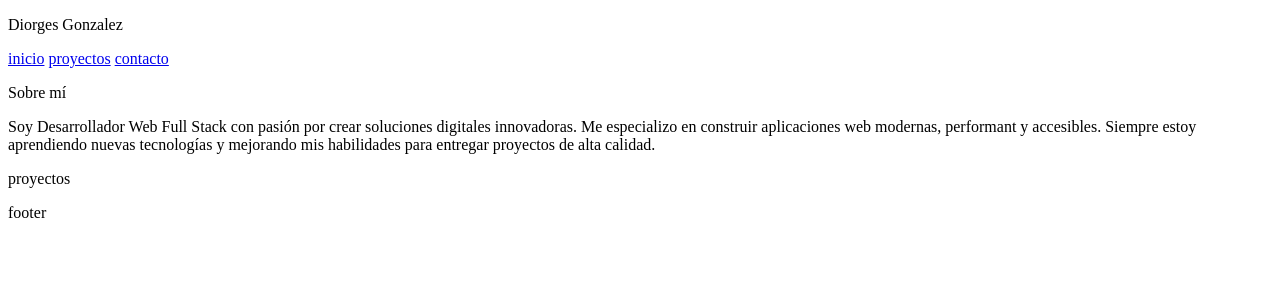
Repository: DenLion09/DenLion09.dots
Page: javascipt_withow_filter/basic/ejercisios/portfolio2/index.html
An editor plug-in stored every save of this project. The page is shown before and after the next save, followed by the edit.
The browser window is 1280 px wide. The pictures show the whole page.

Above is the page before, as saved 2026-05-17 22:51:50.

After the next save:
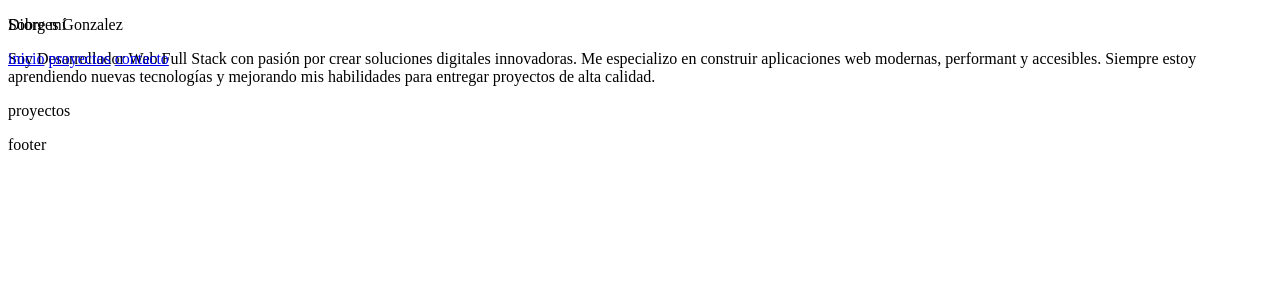
Saved 21 s later.
--- a/javascipt_withow_filter/basic/ejercisios/portfolio2/index.html
+++ b/javascipt_withow_filter/basic/ejercisios/portfolio2/index.html
@@ -3,12 +3,13 @@
   <head>
     <meta charset="UTF-8" />
     <meta name="viewport" content="width=device-width, initial-scale=1.0" />
+    <link rel="stylesheet" href="style.css" />
     <title>Document</title>
   </head>
   <body>
     <header>
       <p>Diorges Gonzalez</p>
-      <nav style="style.css" class="movile-nav">
+      <nav class="movile-nav">
         <a href="#inicio">inicio</a> <a href="#proyectos">proyectos</a>
         <a href="#contacto">contacto</a>
       </nav>
